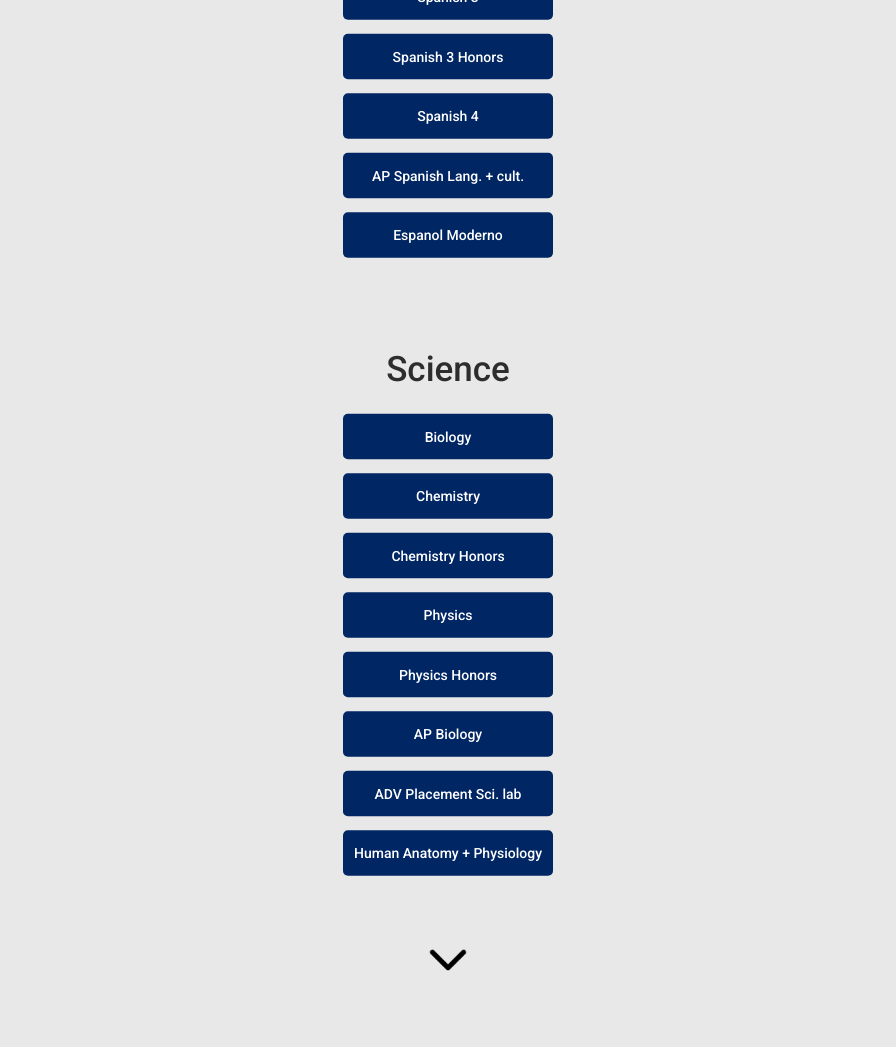
Repository: BuddyBob/si_course_selection
Page: /#/yearFour
These files come from the project's save history. The page is drawn as it stood at one moment and after the next save; the edit follows.
The browser window is 1280 px wide. The pictures show the part of the page from y = 3653 to 5573 px (the page is 5148 px tall before and 5573 px after), at 70% of full size.
The project was rebuilt for these pictures with package versions that can differ from the ones it lists, and the page was loaded fresh each time. Also part of the build but not shown: src/components/CurrentYear.js, src/getLocalStorage.js, src/Home.js, src/components/AllYears/YearOne.js, src/components/AllYears/YearThree.js, src/components/AllYears/YearTwo.js.

Above is the page before, as saved 2023-01-04 11:15:04.

### public/index.html
<!DOCTYPE html>
<html lang="en">
  <head>
    <meta charset="utf-8" />
    <link rel="icon" href="%PUBLIC_URL%/favicon.ico" />
    <meta name="viewport" content="width=device-width, initial-scale=1" />
    <meta name="theme-color" content="#000000" />
    <meta
      name="description"
      content="Web site created using create-react-app"
    />
    <link rel="apple-touch-icon" href="%PUBLIC_URL%/logo192.png" />
    <link rel="manifest" href="%PUBLIC_URL%/manifest.json" />

    <link rel="preconnect" href="https://fonts.googleapis.com">
    <link rel="preconnect" href="https://fonts.gstatic.com" crossorigin>
    <link href="https://fonts.googleapis.com/css2?family=Open+Sans:wght@300;400&family=Roboto:wght@500&display=swap" rel="stylesheet">
    <title>React App</title>
  </head>
  <body>
    <noscript>You need to enable JavaScript to run this app.</noscript>
    <div id="root"></div>

  </body>
</html>

### src/index.js
import App from './App';
import React from 'react';
import ReactDOM from 'react-dom';
import { HashRouter as Router } from 'react-router-dom';

ReactDOM.render(<Router>< App /></Router>, document.getElementById("root"));

### src/App.js
import './index.css'

import {
    Route,
    Routes,
} from "react-router-dom";

import CurrentYear from "./components/CurrentYear";
import Home from "./Home";
import YearFour from "./components/AllYears/YearFour";
import YearOne from "./components/AllYears/YearOne";
import YearThree from "./components/AllYears/YearThree";
import YearTwo from "./components/AllYears/YearTwo";

export default function App() {
    return (
          <Routes>
            <Route  exact path='/' element={<Home/>} />
            <Route  exact path='/currentYear' element={<CurrentYear/>} />
            <Route  exact path='/yearOne' element={<YearOne/>} />
            <Route  exact path='/yearTwo' element={<YearTwo/>} />
            <Route  exact path='/yearThree' element={<YearThree/>} />
            <Route  exact path='/yearFour' element={<YearFour/>} />
          </Routes>
    );
  }

### src/index.css
:root {
  --background:#e8e8e8;
  --main:#002664;
  --secondary:#A61930;
  --highlight:#2D2D2D;
  --text:#2D2D2D;
}

*{
  padding: 0;
  margin: 0;
  box-sizing: border-box;
  cursor: default;
  font-family: 'Open Sans', sans-serif;
  font-family: 'Roboto', sans-serif;
}

body{
  background: var(--background);
  overflow-x: hidden;
}


.main-container{
/* center */
  display: flex;
  flex-direction: column;
  justify-content: center;
  align-items: center;
  width: 100%;
  height: 100%;
  margin: auto;
}

.sub-container{
  display: flex;
  flex-direction: row;
}



.title{
  font-style: normal;
  font-size: 90px;
  color: var(--secondary);
  font-weight: 500px;
  /* center text to page; */
  margin: auto;
  width: 50%;
  text-align: center;
  position: relative;
  top: 100px;


}

@media screen and (max-width: 1150px) {
  .sub-container{
    flex-direction: column;
  }
  .title{
    font-size: 60px;
    width: 80%;
    text-align: center;
  }

}

select {
  border: #002664 1px solid;
  border-radius: 7px;
  background: #002664;
  width: 300px;
  height: 80px;/*Width of select dropdown to give space for arrow image*/
  color: #FFF;
  text-align: center;
  font-size: 25px;
  font-weight: 20px;
  margin: 200px;;

}




.pg1dd{
  display: flex;
  flex-direction: column;
  justify-content: center;
  align-items: center;
  width: 100%;
  height: 100%;
  margin: auto;
  position: relative;
  top: 200px;

}



.arrow1{

  /* center content */
  display: flex;
  flex-direction: column;
  justify-content: center;
  align-items: center;
  position: relative;
  top: 100px

}


.arrow1:hover{
  animation: arrow1 1s infinite;
  color: var(--secondary);
  cursor: pointer;
}

.bounce {
  animation: bounce 3s infinite;
}

@keyframes bounce {
  0%, 20%, 50%, 80%, 100% {
      -moz-transform: translateY(0);
      -ms-transform: translateY(0);
      -webkit-transform: translateY(0);
      transform: translateY(0);
    }
    40% {
      -moz-transform: translateY(-10px);
      -ms-transform: translateY(-10px);
      -webkit-transform: translateY(-10px);
      transform: translateY(-10px);
    }
    40% {
      -moz-transform: translateY(-30px);
      -ms-transform: translateY(-30px);
      -webkit-transform: translateY(-30px);
      transform: translateY(-30px);
    }
    60% {
      -moz-transform: translateY(-15px);
      -ms-transform: translateY(-15px);
      -webkit-transform: translateY(-15px);
      transform: translateY(-15px);
    }
}

### src/components/AllYears/YearFour.js
import '../courseSelection.css'

import React, {useEffect, useState} from 'react'

import arrow from '../../assets/Arrow 5.png'
import courseData from '../../assets/courses.json'
import { useNavigate } from "react-router-dom";

export default function YearFour() {
  let navigate = useNavigate();
  const [grade, setGrade] = useState(localStorage.getItem('grade'));
  let grades = Object.keys(courseData)
  let nextGrade = grades[Object.keys(courseData).indexOf(grade)+3]
  let subjects = courseData[nextGrade].subjects
  let courses = courseData[nextGrade].classes



function courseSelect(e) {
  let userCourse = e.target.innerHTML
  let userSubject = e.target.value


}

function nextPage() {
    //year four is last year
    navigate("/ThisIsTheResultsPage");
}

    return (
    <div>
        <div className="Headers">
          <div className="Nav">
            <h1 className="navCourseSelect" >SI COURSE SELECTION</h1>
          </div>
          <h1 className="titleCourseSelect" >All Years - {nextGrade} </h1>
        </div>

        <div className="courseSelect">
          {subjects.map((subject, index) => (
            <div key={index}>
              <h2 className="subject">{subject}</h2>
              <div className="courses">
              {courses[subject].map((course, index) => (
                <div key={index}>
                    <button value={subject} className="course_btn" onClick={(e) => courseSelect(e)}>{course}</button>
                </div>
              ))}
              </div>
            </div>
          ))}
            <input type="image" src={arrow} alt="arrow2" className="arrow2 bounce2" onClick={() => nextPage()}/>
        </div>

    </div>
  )
}

### src/components/courseSelection.css
:root {
    --background:#e8e8e8;
    --main:#002664;
    --secondary:#A61930;
    --highlight:#2D2D2D;
    --text:#2D2D2D;
  }

.Nav{
  background-color: var(--secondary);
  padding: 30px;
}
.navCourseSelect{
  color: var(--background);
  font-weight: 100px;

}
.titleCourseSelect{
    font-style: normal;
    font-size: 70px;
    font-weight: 400;
    color: var(--secondary);

    /* center text to page; */
    margin: auto;
    width: 40%;
    text-align: center;

    position: relative;
    top: 100px;


}

@media screen and (max-width: 900px) {
  .titleCourseSelect{
    font-size: 50px;
    width: 80%;
  }
  .navCourseSelect{
    /* center text */
    margin: auto;
    width: 80%;
    text-align: center;

  }
}




.courseSelect{
    position: relative;
    top: 200px;
    margin: auto;
    text-align: center;
}
.subject{
    color: var(--text);
    margin: auto;
    text-align: center;
    font-size: 50px;
    font-weight:200;
    padding-top: 20px;

  }

  .courses{
    position: relative;
    margin-bottom: 100px;
    margin-top:25px;

  }

.course_btn{
    border: #002664 0px solid;
    border-radius: 7px;
    background: #002664;
    width: 300px;
    height: 65px;/*Width of select dropdown to give space for arrow image*/
    color: #FFF;
    text-align: center;
    font-size: 20px;
    font-weight: 30px;
    margin: 10px;
}

.course_btn:hover{
    background: var(--secondary);
    color: #FFF;
    cursor: pointer;
}

.course_btn_selected{
  background: #A61930;
  color: #FFF;
  cursor: pointer;
}

.arrow2{
  justify-content: center;
  align-items: center;
  position: relative;
  top: 0px;
  right: 0%;
  margin-bottom:100px;
}


.arrow2:hover{
  animation: arrow1 1s infinite;
  color: var(--secondary);
  cursor: pointer;
}

.bounce2 {
  animation: bounce 3s infinite;
}

@keyframes bounce2 {
  0%, 20%, 50%, 80%, 100% {
      -moz-transform: translateY(0);
      -ms-transform: translateY(0);
      -webkit-transform: translateY(0);
      transform: translateY(0);
    }
    40% {
      -moz-transform: translateY(-10px);
      -ms-transform: translateY(-10px);
      -webkit-transform: translateY(-10px);
      transform: translateY(-10px);
    }
    40% {
      -moz-transform: translateY(-30px);
      -ms-transform: translateY(-30px);
      -webkit-transform: translateY(-30px);
      transform: translateY(-30px);
    }
    60% {
      -moz-transform: translateY(-15px);
      -ms-transform: translateY(-15px);
      -webkit-transform: translateY(-15px);
      transform: translateY(-15px);
    }
}

### src/assets/courses.json
{
    "Freshman":{
        "subjects":[
            "Math",
            "English",
            "Language",
            "Science"
        ]
        ,
        "classes":{
            "Math":[
                "Algebra 1",
                "Algebra 1 Acc",
                "Algebra 2 Honors"
            ],
            "English":[
                "English 100",
                "English 103 Honors"
            ],
            "Language":[
                "French 1",
                "French 1 Accelerated",
                "French 2",
                "French 2 Honors",
                "French 3",
                "AP French Lang. + cult.",
                "Latin 1",
                "Mandarin 1",
                "Mandarin 2",
                "Mandarin 2 Honors",
                "Mandarin 3 Honors",
                "Spanish 1",
                "Spanish 1 Accelerated",
                "Spanish 2",
                "Spanish 2 Honors",
                "Spanish 3 Honors"
            ],
            "Science":[
                "Biology",
                "Science Research"

            ]

        }
    },
    "Sophomore":{
        "subjects":[
            "Math",
            "English",
            "Language",
            "Science"
        ]
        ,
        "classes":{
            "Math":[
                "Geometry",
                "Geometry Accelerated",
                "Geometry Honors"
            ],
            "English":[
                "English 200",
                "English 203 Honors"
            ],
            "Language":[
                "French 1",
                "French 1 Accelerated",
                "French 2",
                "French 2 Honors",
                "French 3",
                "French 3 Honors",
                "French 4",
                "Francophone Film + Lit 1",
                "Francophone Film + Lit 2",
                "AP French Lang. + cult.",
                "Latin 1",
                "Latin 2",
                "Latin 2 Honors",
                "Latin 3: Poetry",
                "Latin 3 Honors",
                "Mandarin 1",
                "Mandarin 2",
                "Mandarin 2 Honors",
                "Mandarin 3",
                "AP Mandarin Lang. + cult.",
                "Spanish 1",
                "Spanish 2",
                "Spanish 2 Honors",
                "Spanish 3",
                "Spanish 3 Honors",
                "Spanish 4",
                "AP Spanish Lang. + cult.",
                "Espanol Moderno"
            ],
            "Science":[
                "Biology",
                "Chemistry",
                "Chemistry Honors",
                "Physics",
                "Physics Honors",
                "AP Biology",
                "ADV Placement Sci. lab",
                "Human Anatomy + Physiology"

            ]

        }
    }
    ,
    "Junior":{
        "subjects":[
            "Math",
            "English",
            "Language",
            "Science"
        ]
        ,
        "classes":{
            "Math":[
                "Algebra 2",
                "PreCalc Accelerated",
                "PreCalc Honors",
                "Intro to Finance"
            ],
            "English":[
                "English 300",
                "English 303 Honors"
            ],
            "Language":[
                "French 1",
                "French 1 Accelerated",
                "French 2",
                "French 2 Honors",
                "French 3",
                "French 3 Honors",
                "French 4",
                "Francophone Film + Lit 1",
                "Francophone Film + Lit 2",
                "AP French Lang. + cult.",
                "Latin 1",
                "Latin 2",
                "Latin 2 Honors",
                "Latin 3: Poetry",
                "Latin 3 Honors",
                "AP Latin",
                "Mandarin 1",
                "Mandarin 2",
                "Mandarin 2 Honors",
                "Mandarin 3",
                "Mandarin 4",
                "AP Mandarin Lang. + cult.",
                "Spanish 1",
                "Spanish 2",
                "Spanish 2 Honors",
                "Spanish 3",
                "Spanish 3 Honors",
                "Spanish 4",
                "AP Spanish Lang. + cult.",
                "Espanol Moderno"
            ],
            "Science":[
                "Biology",
                "Chemistry",
                "Chemistry Honors",
                "Physics",
                "Physics Honors",
                "AP Biology",
                "ADV Placement Sci. lab",
                "Human Anatomy + Physiology"

            ]

        }
    },
    "Senior":{
        "subjects":[
            "Math",
            "English",
            "Language"
        ]
        ,
        "classes":{
            "Math":[
                "Pre Calculus",
                "Calculus",
                "AP Calculus AB",
                "*AP Calculus BC 8°",
                "AP Statistics",
                "Honors MultiVar Calc",
                "Honors Linear Algebra",
                "Math Analysis",
                "Intro to Finance"

            ],
            "English":[
                "AP English Lit and Comp",
                "English 430",
                "English 440",
                "English 420",
                "English 435",
                "English 450",
                "English 460",
                "English 473",
                "English 592",
                "English 482"
            ],
            "Language":[
                "French 1",
                "French 1 Accelerated",
                "French 2",
                "French 2 Honors",
                "French 3",
                "French 3 Honors",
                "French 4",
                "Francophone Film + Lit 1",
                "Francophone Film + Lit 2",
                "AP French Lang. + cult.",
                "Latin 2",
                "Latin 2 Honors",
                "Latin 3: Poetry",
                "Latin 3 Honors",
                "AP Latin",
                "Mandarin 3",
                "AP Mandarin Lang. + cult.",
                "Spanish 2",
                "Spanish 2 Honors",
                "Spanish 3",
                "Spanish 3 Honors",
                "Spanish 4",
                "AP Spanish Lang. + cult.",
                "Espanol Moderno"
            ]

        }
    }
}

After the next save:
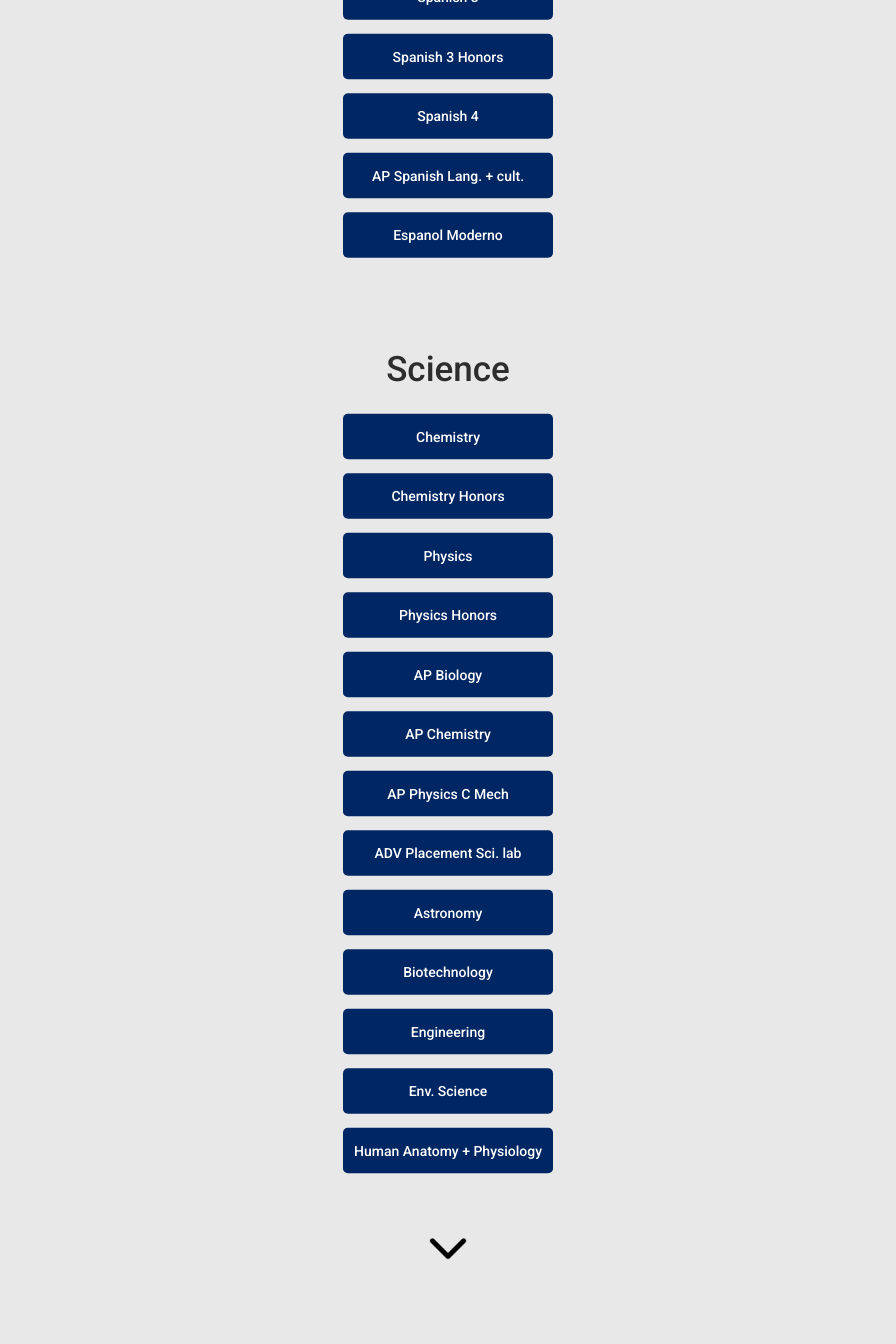
Saved 3 min 38 s later.
--- a/src/assets/courses.json
+++ b/src/assets/courses.json
@@ -158,13 +158,18 @@
                 "Espanol Moderno"
             ],
             "Science":[
-                "Biology",
                 "Chemistry",
                 "Chemistry Honors",
                 "Physics",
                 "Physics Honors",
                 "AP Biology",
+                "AP Chemistry",
+                "AP Physics C Mech",
                 "ADV Placement Sci. lab",
+                "Astronomy",
+                "Biotechnology",
+                "Engineering",
+                "Env. Science",
                 "Human Anatomy + Physiology"
 
             ]
